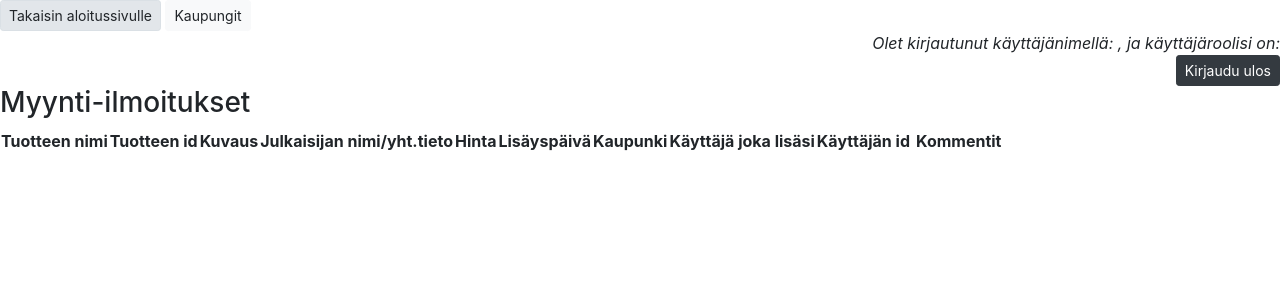
Repository: LiljestromNadja/Backend_s2023_harjoitustyo
Page: http://localhost/articlelist
An editor plug-in stored every save of this project. The page is shown before and after the next save, followed by the edit.
The browser window is 1280 px wide. The pictures show the whole page.
The page is this project's Thymeleaf template; nobody is signed in. The template is opened directly, without the code that normally fills it, so the values that code supplies are empty.

Above is the page before, as saved 2023-11-09 18:32:46.

### harkkas23v01/src/main/resources/templates/articlelist.html
<!DOCTYPE html>
<html xmlns:th="http://www.thymeleaf.org">
<head>
	<title>Articlelist</title>
	<meta http-equiv="Content-Type" content="text/html" charset="UTF-8"/>
	<!-- Bootstrap-linkki vaihdettu tähän 04-10-2023 -->
	<link rel="stylesheet" href="https://cdn.jsdelivr.net/npm/bootstrap@4.0.0/dist/css/bootstrap.min.css" integrity="sha384-Gn5384xqQ1aoWXA+058RXPxPg6fy4IWvTNh0E263XmFcJlSAwiGgFAW/dAiS6JXm" crossorigin="anonymous"> <!-- Lisättiin tyyli, bootstrap 4.0 -->
	<!-- Lisättiin tyyli, bootstrap 4.0 -->
</head>
<body>
	<div>
		<a href="/index"><button class="text-left btn btn-light btn-sm">Takaisin aloitussivulle</button></a>
		<a href="/cities"><button class="text-left btn btn-light btn-sm">Kaupungit</button></a>
	</div>

	<div class="text-right">
		<i>Olet kirjautunut käyttäjänimellä: <b sec:authentication="name"></b>,
			ja käyttäjäroolisi on: <b sec:authentication="principal.authorities"></b></i>

		<br>
		<form class="text-right" th:action="@{/logout}" method="post">
			<input type="submit" value="Kirjaudu ulos" class="btn btn-sm btn-dark" />
		</form>

	</div>
	<h3>Myynti-ilmoitukset</h3>
	<table>
	<tr>
		<th>Tuotteen nimi</th>
		<th>Tuotteen id </th>
		<th>Kuvaus</th>
		<th>Julkaisijan nimi/yht.tieto</th>
		<th>Hinta</th>
		<th>Lisäyspäivä</th>
		<th>Kaupunki</th>
		<th>Käyttäjä joka lisäsi</th>
		<th>Käyttäjän id</th>
		<th></th>
		<th></th>
		<th>Kommentit</th>
	</tr>

	<tr th:each = "article : ${articles}">   		<!-- MUISTA DOLLARIT, muuten voi mennä tovi jos toinenkin ihmettelyyn-->
			<td th:text="${article.title}"></td>
			<td th:text="${article.id}"></td>
			<td th:text="${article.description}"></td>
			<td th:text="${article.publisher}"></td>
			<td th:text="${article.price}"></td>
			<td th:text="${article.dateadded}"></td>
			<td th:text="${article?.city?.name}"></td>	<!-- kysymysmerkki == jos kategoriaa ei ole -->
			<td th:text="${article?.applicationuser?.username}"></td>
			<td th:text="${article?.applicationuser?.id}"></td>
			<!-- <td>Ilmoituksen poistonappi	</td> -->
			<!-- <td>Ilmoituksen muokkausnappi</td>  -->
			<!-- <td>Linkki kommenttilistaukseen </td>-->
			<!-- <td>Kirjoita kommentti -linkki </td>-->


<!-- USER voi muokata/poistaa vain omia myynti-ilmoituksiaan, ADMIN kaikkia: -->
<!-- Tässä ehtolause joka määrittelee nappien näkymisen niin, että ne näkyvät USER-roolissa vain omien julkaisujen kohdalla,
ADMIN pystyy muokkaamaan/poistamaan kaikkia julkaisuja -->
<!-- 24102023 -->
			<td th:if="${article.applicationuser.username == applicationuser.username}" sec:authorize="hasAuthority('USER')"><a th:href="@{/editArticle/{id}(id=${article.id})}" class="btn btn-dark btn-sm">Edit</a></td>
			<td th:if="${article.applicationuser.username == applicationuser.username}" sec:authorize="hasAuthority('USER')"><a th:href="@{/delete/{id}(id=${article.id})}" class="btn btn-xs btn-danger btn-sm">Delete</a></td>

<!-- Jos USERILLA ei muokkausoikeutta kyseiseen kirjaan -->
<!-- 26102023 -->
			<td th:unless="${article.applicationuser.username == applicationuser.username}" sec:authorize="hasAuthority('USER')">   </td>
			<td th:unless="${article.applicationuser.username == applicationuser.username}" sec:authorize="hasAuthority('USER')">   </td>

<!-- ADMIN voi muokata/poistaa kaikkia -->
			<td sec:authorize="hasAuthority('ADMIN')"><a th:href="@{/editArticle/{id}(id=${article.id})}" class="btn btn-xs btn-dark btn-sm">Edit</a></td>
			<td sec:authorize="hasAuthority('ADMIN')"><a th:href="@{/delete/{id}(id=${article.id})}" class="btn btn-xs btn-danger btn-sm">Delete</a></td>

<!-- Tuotteen myynti-ilmoituksen kommenttilistaukseen pääsee roolissa ADMIN tai USER -->
	  		<td sec:authorize="hasAuthority('ADMIN') or hasAuthority('USER')"><a th:href="@{'/article/' + ${article.id} + '/comments'}" class="btn btn-light btn-sm">Comments</a></td>
		<!--	<td sec:authorize="hasAuthority('ADMIN') or hasAuthority('USER')"><a th:href="@{/listComments}" class="btn btn-xs btn-success btn-sm">Comments</a></td> -->

<!-- Tuotteen myynti-ilmoituksen kommentointisivulle voi siirtyä roolissa ADMIN tai USER -->
			<td><a sec:authorize="hasAuthority('ADMIN') or hasAuthority('USER')" th:href="@{/addComment/{id}(id=${article.id})}" > <button class="btn btn-light btn-sm">Add new Comment</button></a></td>

		</tr>
	</table>
	<div style="clear: both; display: block; height: 40px;"></div>

	<a sec:authorize="hasAuthority('ADMIN')" href="/add"><button class="btn btn-dark btn-sm">Lisää uusi myytävä tuote</button></a>
	<a sec:authorize="hasAuthority('USER')" href="/add"><button class="btn btn-dark btn-sm">Lisää uusi myytävä tuote</button></a>


	</body>
</html>

After the next save:
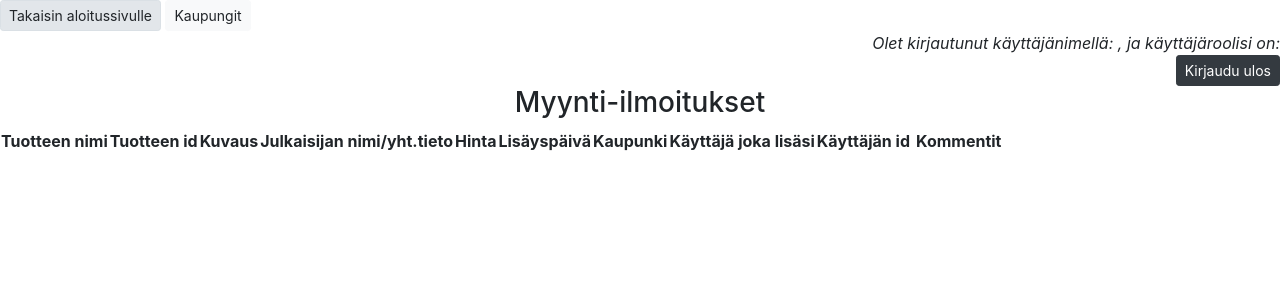
Saved 12 s later.
--- a/harkkas23v01/src/main/resources/templates/articlelist.html
+++ b/harkkas23v01/src/main/resources/templates/articlelist.html
@@ -23,7 +23,7 @@
 		</form>
 
 	</div>
-	<h3>Myynti-ilmoitukset</h3>
+	<h3 style="text-align: center">Myynti-ilmoitukset</h3>
 	<table>
 	<tr>
 		<th>Tuotteen nimi</th>
